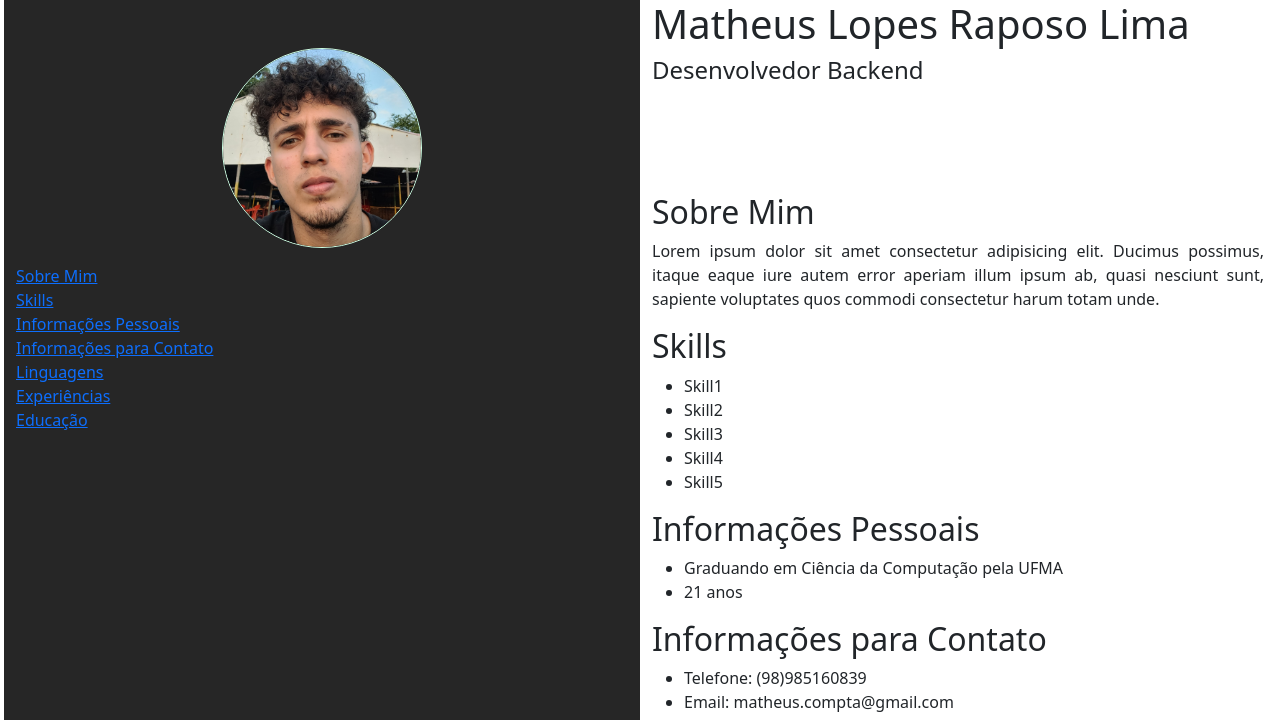
Repository: MaatheusRaposo/Curriculo_Web
Page: index.html
The author's editor kept a copy of each file at every save. The page is drawn from the files as they stood at one save, then again after the next save.
The browser window is 1280 px wide. The pictures show the whole page.
An inner scrolling area shows only its first screen.

Above is the page before, as saved 2026-05-28 01:42:13.

After the next save:
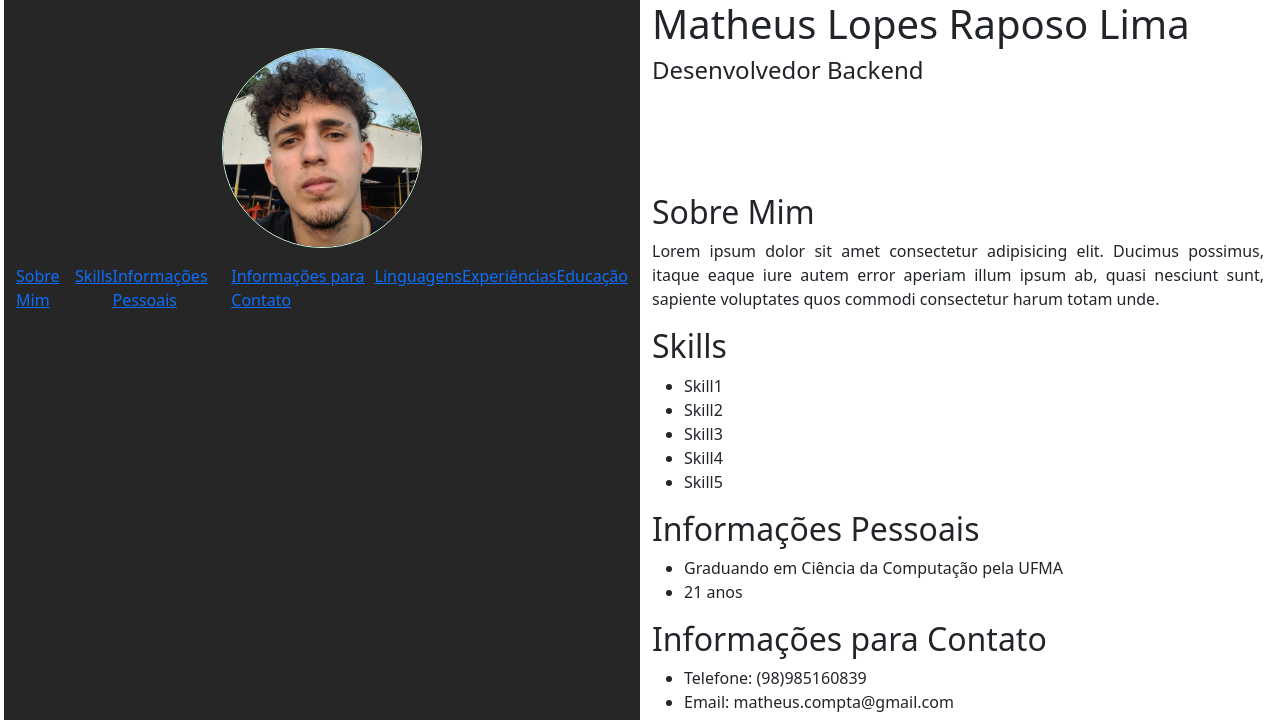
Saved 38 s later.
--- a/index.html
+++ b/index.html
@@ -14,7 +14,7 @@
                 <div class="d-flex justify-content-center align-items-center pt-5">
                     <img class="foto-perfil position-relative mb-3" src="assets/images/20230725_175129.jpg" alt="">
                 </div>
-                <div class="align-center">
+                <div class="d-flex justify-content-center">
                     <a href="#sobreMim">Sobre Mim</a> <br>
                     <a href="#Skills">Skills</a> <br>
                     <a href="#infoPessoal">Informações Pessoais</a> <br>
